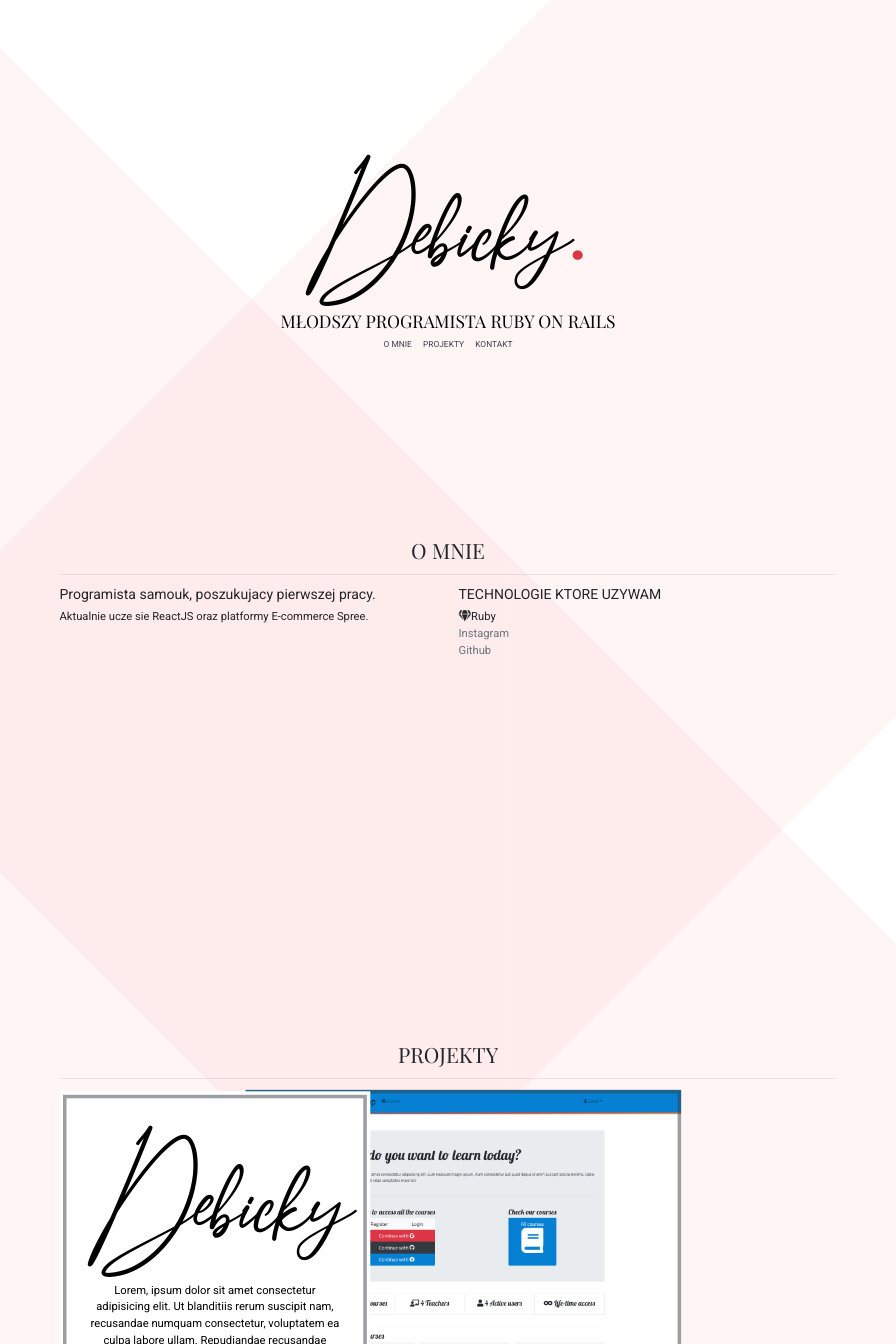
Repository: debicky/debicky.github.io
Page: index.html
These files come from the project's save history. The page is drawn as it stood at one moment and after a run of saves; the edit follows.
The browser window is 1280 px wide. The pictures show the part of the page from y = 0 to 1920 px (the page is 4335 px tall), at 70% of full size.
Some web libraries are served in a nearby version.

Above is the page before, as saved 2020-06-12 13:47:51.

After the next 2 saves:
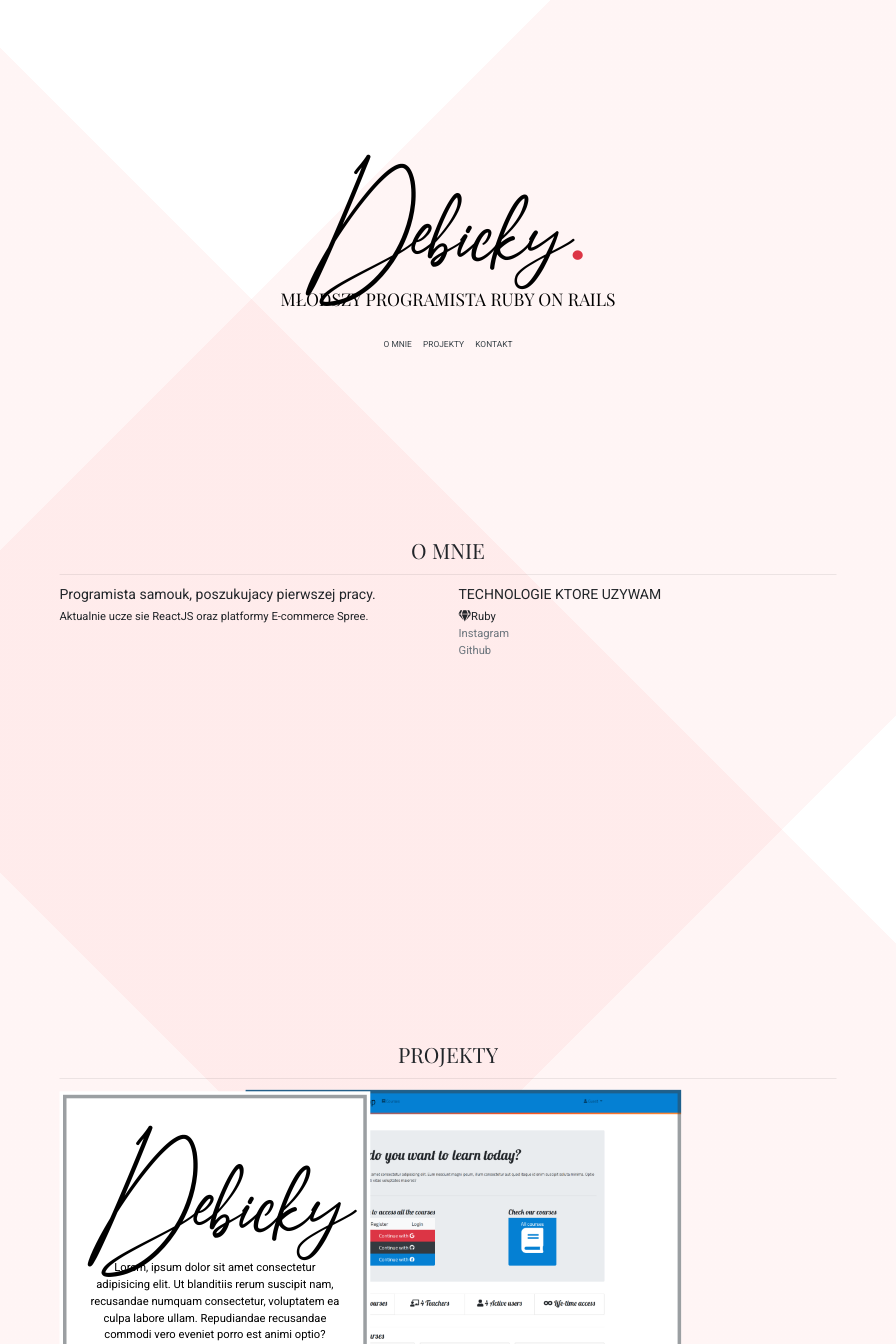
The 2 saves are shown as one change because they came seconds apart.
The last was saved 18 s later.
--- a/styles.css
+++ b/styles.css
@@ -30,13 +30,14 @@ a:hover {
   color: black;
   text-align: center;
   user-select: none;
+  padding-bottom: 2rem;
 }
 
 
 .signature-heading{
   font-family: 'AmostelySignature', cursive;
   font-size: 10rem;
-  padding-bottom: 2rem;
+
 }
 
 .signature-subheading{
